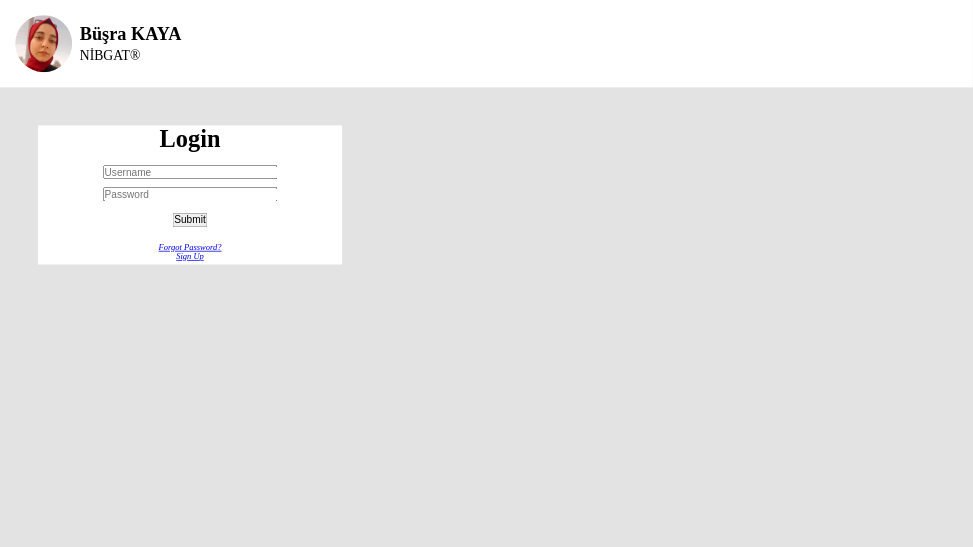
Repository: busra-kayaa/LoginPage
Page: login.html
An editor plug-in stored every save of this project. The page is shown before and after the next save, followed by the edit.
The browser window is 1280 px wide. The pictures show the whole page, at 76% of full size.

Above is the page before, as saved 2024-01-02 18:24:49.

### login.html
<!DOCTYPE html>
<html>
    <head>
        <title>Login Page</title>
        <link rel="stylesheet" href="./style.css" type="text/css"/>
    </head>
    <body>
        <div class="header-container">
            <div
                class="header-left-side-container"
            >
                <img
                    src="./busra.jpg"
                    height="75px"
                    width="75px"
                    class="logo"
                />
                <div class="header-desc-container">
                    <span class="header-title">
                        Büşra KAYA
                    </span>
                    <span class="header-content">
                        NİBGAT®
                    </span>
                </div>
            </div>
        </div>
        <div class="login-from-container">
          <div class ="login-text"><h1>Login</h1></div>
            <div class="input-group1">
                <i class="fa fa-user"></i>
                <input
                    type="text"
                    placeholder="Username"
                    class="input-text"
                    autocomplete="off"
                />
            </div>
            <div class="input-group2">
                <i class="fa fa-unclok-alt"></i>
                <input
                    type="password"
                    placeholder="Password"
                    class="input-text"
                    autocomplete="off"
                />
            </div>
            <div class="subgroup">
                <div class="button-group" id="login-button">
                    <button onclick="alert('Bilgileriniz Başarıyla Alınmıştır.')">Submit</button>
                </div>
                <div class="footer">
                    <a href="#" target="_blank">Forgot Password? </a>
                    <a href="#" target="_blank">Sign Up</a>
                </div>
            </div>
        </div>
    </body>
</html>

### style.css

* {
    padding: 0;
    margin: 0;
}

body {
    background-color: #e3e3e3;
}

.header-container {
    justify-content: space-between;
    background-color: #ffffff;
    flex-direction: row;
    align-items: center;
    padding: 20px;
    display: flex;
}

.header-left-side-container {
    flex-direction: row;
    align-items: center;
    display: flex;
}

.logo {
    border-radius: 50%;
    margin-right: 10px;
}

.header-desc-container {
    display: flex;
    flex-direction: column;
}

.header-title {
    display: flex;
    flex-direction:column;
    font-weight: bold;
    font-size: 24px;
    margin-bottom: 5px;
}

.header-content {
    font-weight:normal;
    font-size: 18px;
    color:rgb(0, 0, 0);
}

.login-from-container {
    background-color: #ffffff;
    display: flex;
    margin: 50px 50px;
    flex-direction: column;
    align-items: center;
    text-align: center;
    width: 400px;

}

.login-text {
    padding-bottom: 15px;
}

.input-group1 {
    margin-bottom: 5px;
}
.input-text {
    width: 225px;
}

.input-group2 {
    margin-top: 5px;
}

.button-group {
    color: black ;
    border: none;
    color: white;
    text-align: center;
    text-decoration: none;
    display: inline-block;
    font-size: 16px;
    margin: 15px 2px;
    cursor: pointer;
}

.footer {
    margin: 5px;
    display: flex;
    flex-direction:column;
    font-size: 70%;
    font-style: italic;
}

After the next save:
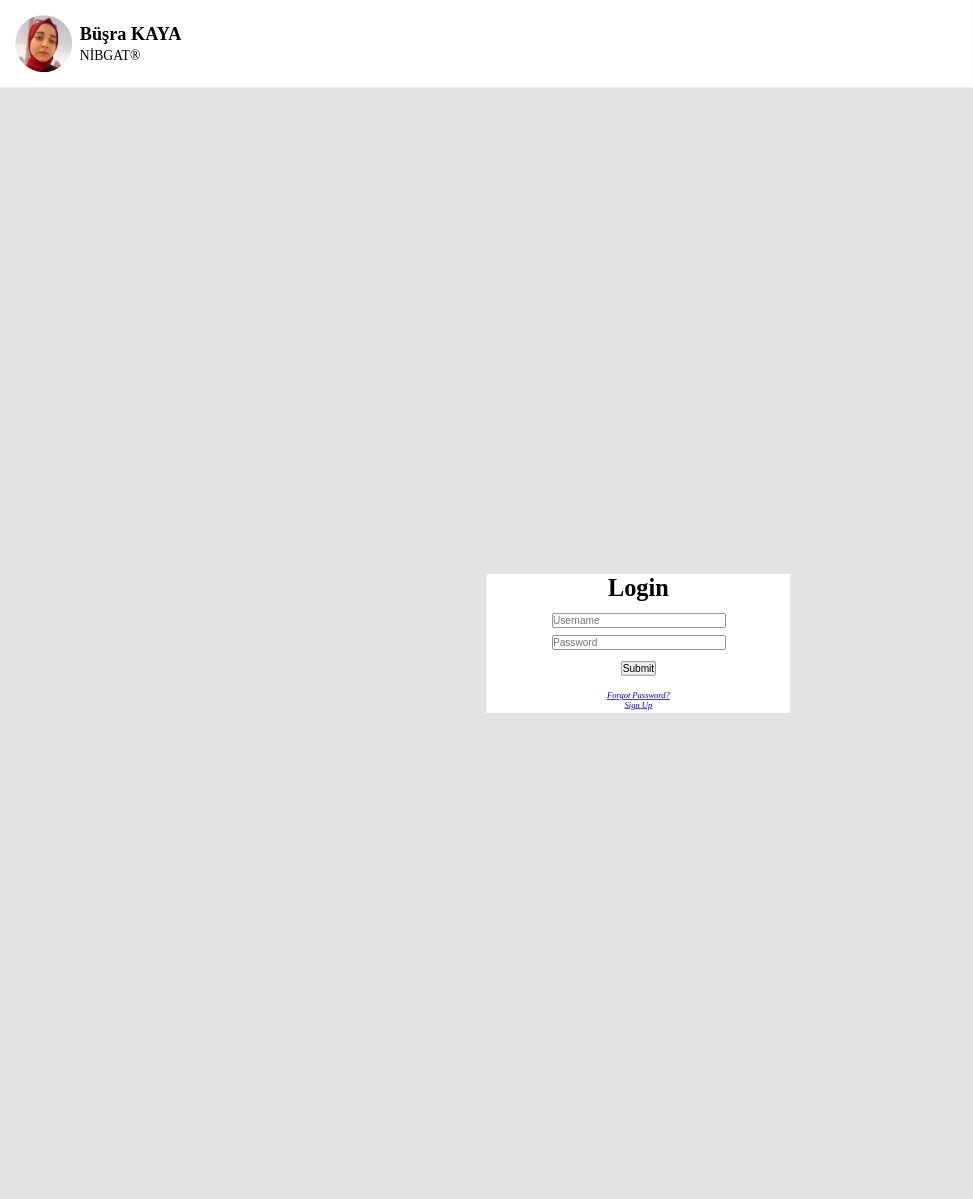
Saved 21 s later.
--- a/style.css
+++ b/style.css
@@ -50,11 +50,11 @@ body {
 .login-from-container {
     background-color: #ffffff;
     display: flex;
-    margin: 50px 50px;
     flex-direction: column;
     align-items: center;
     text-align: center;
     width: 400px;
+    margin: 50%;
 
 }
 
